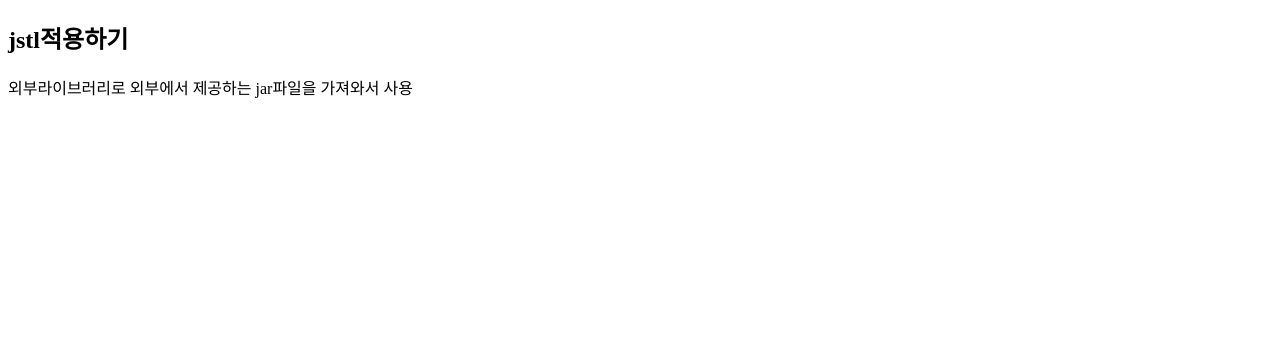
Repository: yongmin0309/mybatis1
Page: http://localhost/eL_JSTL/
An editor plug-in stored every save of this project. The page is shown before and after the next save, followed by the edit.
The browser window is 1280 px wide. The pictures show the whole page.
The page is served by Tomcat 9. Other server files are loaded and not shown.

Above is the page before, as saved 2024-04-20 05:03:29.

### work/eL_JSTL/src/main/webapp/index.jsp
<%@ page language="java" contentType="text/html; charset=UTF-8"
    pageEncoding="UTF-8"%>
<!-- 이용할 jstl태그를 선언해야함 -->
<%@ taglib prefix="c" uri="http://java.sun.com/jsp/jstl/core" %>
<%@ taglib prefix="fmt" uri="http://java.sun.com/jsp/jstl/fmt" %>
<!DOCTYPE html>
<html>
<head>
<meta charset="UTF-8">
<title>jstl</title>
</head>
<body>
	<h2>jstl적용하기</h2>
	<p>외부라이브러리로 외부에서 제공하는 jar파일을 가져와서 사용</p>
</body>
</html>

After the next save:
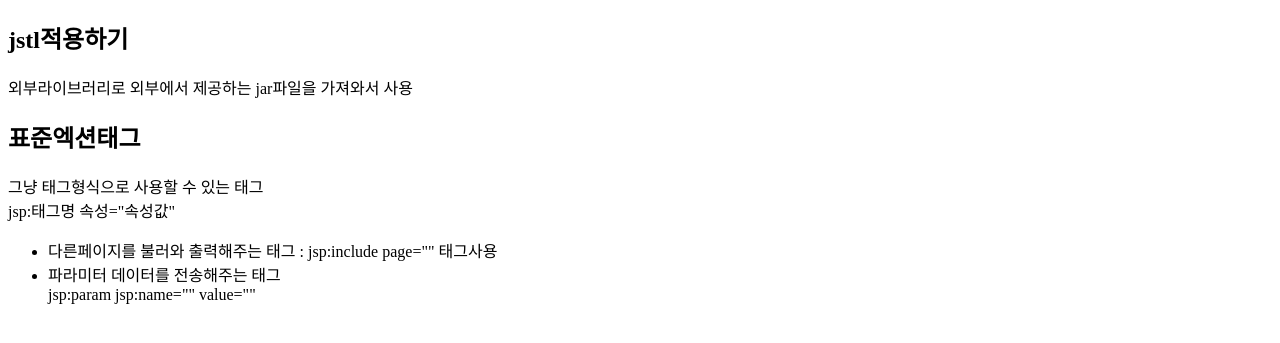
Saved 3 min 42 s later.
--- a/work/eL_JSTL/src/main/webapp/index.jsp
+++ b/work/eL_JSTL/src/main/webapp/index.jsp
@@ -12,5 +12,22 @@
 <body>
 	<h2>jstl적용하기</h2>
 	<p>외부라이브러리로 외부에서 제공하는 jar파일을 가져와서 사용</p>
+
+	<h2>표준엑션태그</h2>
+	<p>
+		그냥 태그형식으로 사용할 수 있는 태그<br>
+		jsp:태그명 속성="속성값"
+	</p>
+
+	<ul>
+		<li>
+			다른페이지를 불러와 출력해주는 태그 : jsp:include  page="" 태그사용
+		</li>
+		<li>
+			파라미터 데이터를 전송해주는 태그 <br>
+			jsp:param
+				jsp:name="" value=""
+		</li>
+	</ul>
 </body>
 </html>
